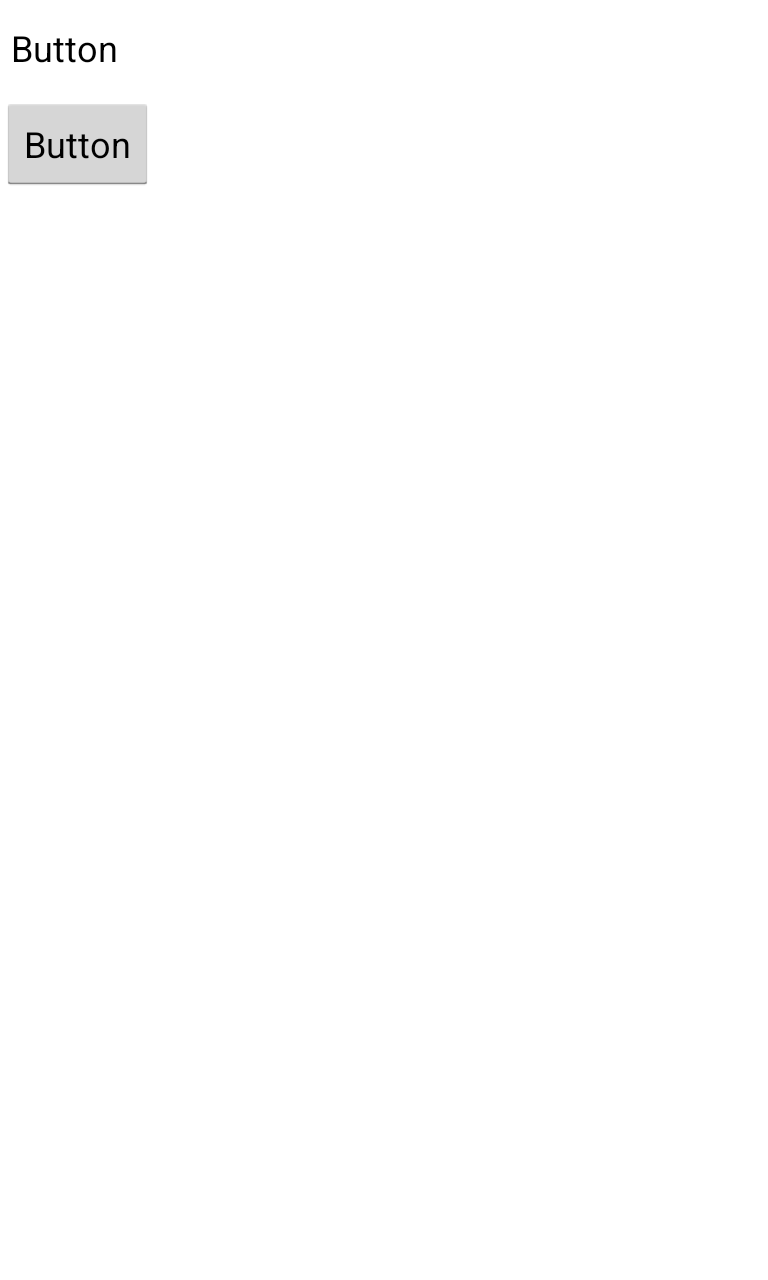
Repository: xgucs/comm_factory
Layout: 安卓组件/res/layout/activity_main.xml
An editor plug-in stored every save of this project. The layout is shown before and after a run of saves, followed by the edit.
It is drawn on a 768 x 1280 px phone screen (xhdpi) without system bars, with theme AppTheme; the app's code is not run.

Above is the layout before, as saved 2016-03-11 09:42:20.

After the next 2 saves:
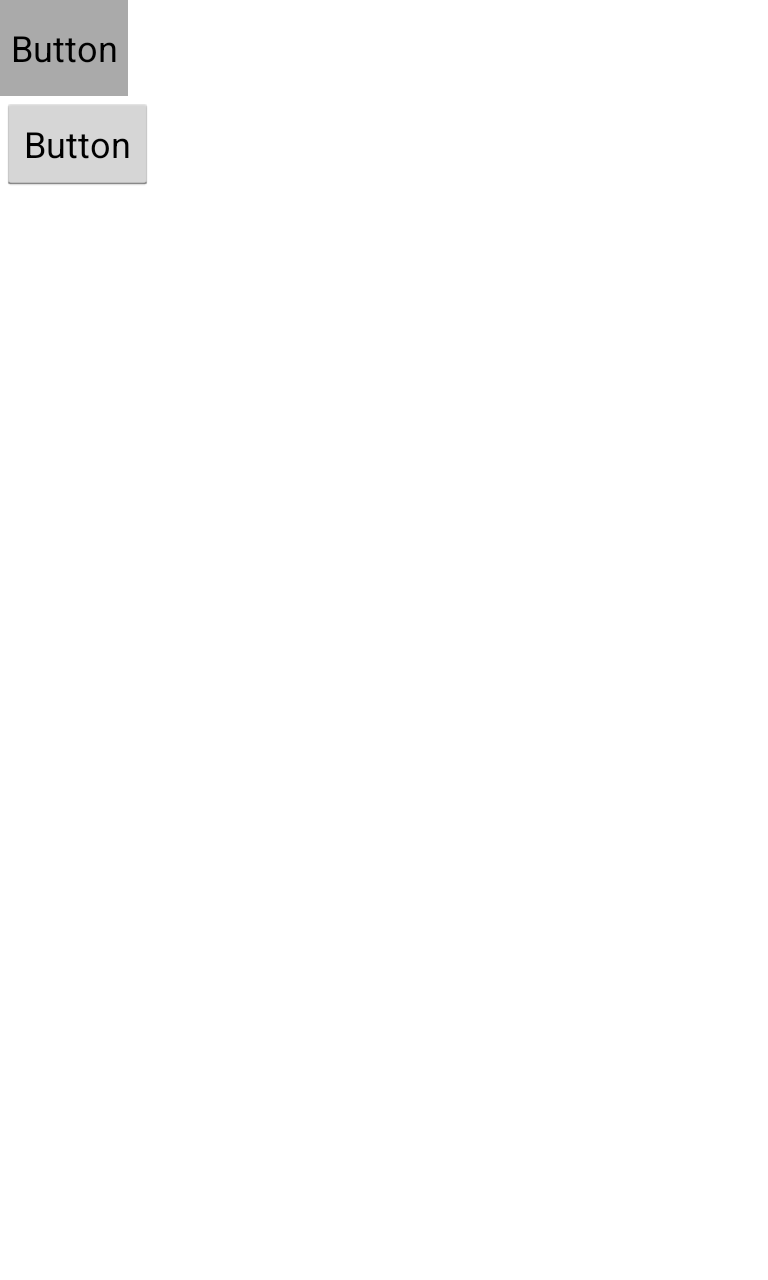
The 2 saves are shown as one change because they came seconds apart.
The last was saved 59 s later.
--- a/安卓组件/res/drawable/bt_bg_selector.xml
+++ b/安卓组件/res/drawable/bt_bg_selector.xml
@@ -1,10 +1,8 @@
 <?xml version="1.0" encoding="utf-8"?>
 <selector xmlns:android="http://schemas.android.com/apk/res/android">
 
-    <item android:state_focused="true" android:state_pressed="false"
-        android:drawable="@android:color/holo_orange_dark"
-        />
-    <item android:state_focused="false" android:state_pressed="true"
-        android:drawable="@android:color/holo_green_light"
-        />
+    <item android:drawable="@android:color/holo_orange_dark" android:state_focused="true" android:state_pressed="false"/>
+    <item android:drawable="@android:color/holo_green_light" android:state_focused="false" android:state_pressed="true"/>
+    <item android:drawable="@android:color/darker_gray"></item>
+
 </selector>
